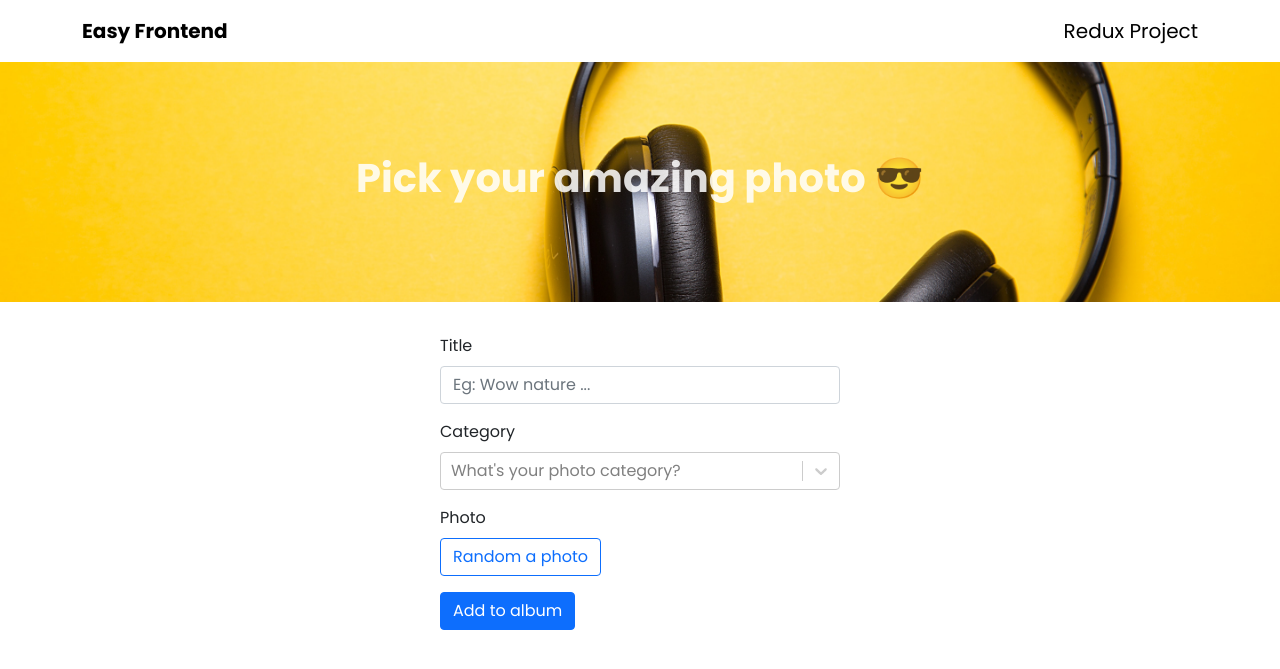
Repository: duckhai80/Redux-photo-app
Page: /photos/add
These files come from the project's save history. The page is drawn as it stood at one moment and after a run of saves; the edit follows.
The browser window is 1280 px wide. The pictures show the whole page.
The project was rebuilt for these pictures with package versions that can differ from the ones it lists, and the page was loaded fresh each time. Also part of the build but not shown: src/App.css, src/components/NotFound/index.jsx.

Above is the page before, as saved 2021-10-30 09:26:40.

### public/index.html
<!DOCTYPE html>
<html lang="en">
  <head>
    <meta charset="utf-8" />
    <link rel="icon" href="%PUBLIC_URL%/favicon.ico" />
    <meta name="viewport" content="width=device-width, initial-scale=1" />
    <meta name="theme-color" content="#000000" />
    <meta
      name="description"
      content="Web site created using create-react-app"
    />
    <link rel="apple-touch-icon" href="%PUBLIC_URL%/logo192.png" />

    <link rel="manifest" href="%PUBLIC_URL%/manifest.json" />

    <title>React App</title>
    <link
      href="https://fonts.googleapis.com/css2?family=Poppins:ital,wght@0,400;0,700;1,400;1,700&display=swap"
      rel="stylesheet"
    />
  </head>
  <body>
    <noscript>You need to enable JavaScript to run this app.</noscript>
    <div id="root"></div>
  </body>
</html>

### src/index.js
import "bootstrap/dist/css/bootstrap.min.css";
import React from "react";
import ReactDOM from "react-dom";
import App from "./App";
import "./index.css";
import reportWebVitals from "./reportWebVitals";

ReactDOM.render(
  <React.StrictMode>
    <App />
  </React.StrictMode>,
  document.getElementById("root")
);

reportWebVitals();

### src/App.js
import logo from "./logo.svg";
import "./App.css";

import React, { Suspense } from "react";
import { BrowserRouter, Route, Switch, Redirect, Link } from "react-router-dom";
import Header from "./components/Header";
import NotFound from "./components/NotFound";

const Photo = React.lazy(() => import("./features/Photo/pages/Main"));
const AddEdit = React.lazy(() => import("./features/Photo/pages/AddEdit"));

function App() {
  return (
    <div className="photo-app">
      <Suspense fallback={<div>Loading ...</div>}>
        <BrowserRouter>
          <Header></Header>

          <Switch>
            <Redirect exact from="/" to="/photos" />

            <Route exact path="/photos" component={Photo} />
            <Route exact path="/photos/add" component={AddEdit} />
            <Route component={NotFound} />
          </Switch>

          {/* <ul>
            <li>
              <Link to="/photos">Go to photo page</Link>
            </li>
            <li>
              <Link to="/photos/add">Go to Add new photo page</Link>
            </li>
            <li>
              <Link to="/photos/123">Go to Edit photo page</Link>
            </li>
          </ul>
          <Header />
          <Switch>
            <Redirect exact from="/" to="/photos" />
          </Switch> */}
        </BrowserRouter>
      </Suspense>
    </div>
  );
}

export default App;

### src/index.css
body {
  margin: 0;
  font-family: "Poppins", -apple-system, BlinkMacSystemFont, "Segoe UI",
    "Roboto", "Oxygen", "Ubuntu", "Cantarell", "Fira Sans", "Droid Sans",
    "Helvetica Neue", sans-serif;
  -webkit-font-smoothing: antialiased;
  -moz-osx-font-smoothing: grayscale;
}

code {
  font-family: source-code-pro, Menlo, Monaco, Consolas, "Courier New",
    monospace;
}

### src/components/Header/index.jsx
import React from "react";
import { NavLink } from "react-router-dom";
import { Col, Container, Row } from "reactstrap";
import "./Header.scss";

Header.propTypes = {};

function Header() {
  return (
    <div>
      <header className="header">
        <Container>
          <Row className="justify-content-between">
            <Col xs="auto">
              <a
                className="header__link header__title"
                href="https://youtube.com/easyfrontend"
                target="_blank"
                rel="noopener noreferrer"
              >
                Easy Frontend
              </a>
            </Col>

            <Col xs="auto">
              <NavLink
                exact
                className="header__link"
                to="/photos"
                activeClassName="header__link--active"
              >
                Redux Project
              </NavLink>
            </Col>
          </Row>
        </Container>
      </header>
    </div>
  );
}

export default Header;

### src/features/Photo/pages/AddEdit/index.jsx
import Banner from "components/Banner";
import NotFound from "components/NotFound";
import PhotoForm from "features/Photo/components/PhotoForm";
import React from "react";
import { Redirect, Route, Switch } from "react-router";
import "./styles.scss";

AddEditPage.propTypes = {};

function AddEditPage(props) {
  const handleSubmit = (values) => {
    console.log("From submit values: ", values);
  };

  return (
    <div className="photo-edit">
      <Banner title="Pick your amazing photo 😎" />

      <div className="photo-edit__form">
        <PhotoForm onSubmit={handleSubmit} />
      </div>
    </div>
  );
}

export default AddEditPage;

### src/components/Header/Header.scss
.header {
  padding: 1rem 0;
  font-size: 1.25rem;

  &__title {
    font-weight: bold;
  }

  &__link {
    color: #000;
    text-decoration: none;
    transition: all 0.25s ease-in-out 0s;

    &--active,
    &:hover {
      text-decoration: none;
      // color: var(--primary);
      color: rgb(56, 144, 216);
    }
  }
}

### src/components/Banner/index.jsx
import PropTypes from "prop-types";
import React from "react";
import "./Banner.scss";

Banner.propTypes = {
  title: PropTypes.string,
  backgroundUrl: PropTypes.string,
};

Banner.defaultProps = {
  title: "",
  backgroundUrl: "",
};

function Banner(props) {
  const { title, backgroundUrl } = props;

  const bannerStyle = backgroundUrl
    ? { backgroundImage: `url(${backgroundUrl})` }
    : {};

  return (
    <section className="banner" style={bannerStyle}>
      <h1 className="banner__title">{title}</h1>
    </section>
  );
}

export default Banner;

### src/constants/images.js
import blueBackground from "../assets/images/blue-bg.jpg";
import colorfulBackground from "../assets/images/colorful-bg.jpg";
import orangeBackground from "../assets/images/orange-bg.jpg";
import pinkBackground from "../assets/images/pink-bg.jpg";

const Images = {
  ORANGE_BG: orangeBackground,
  BLUE_BG: blueBackground,
  COLORFUL_BG: colorfulBackground,
  PINK_BG: pinkBackground,
};

export default Images;

### src/features/Photo/components/PhotoForm/index.jsx
import { PHOTO_CATEGORY_OPTIONS } from "constants/global";
import Images from "constants/images";
import InputField from "custom-field/InputField";
import SelectField from "custom-field/SelectField";
import RandomPhotoField from "custom-field/RandomPhotoField";
import { FastField, Form, Formik } from "formik";
import PropTypes from "prop-types";
import React from "react";
import { Button, FormGroup, Label } from "reactstrap";
import * as Yup from "yup";

PhotoForm.propTypes = {
  onSubmit: PropTypes.func,
};

PhotoForm.defaultProps = {
  onSubmit: null,
};

function PhotoForm(props) {
  const initialValues = {
    title: "",
    categoryId: null,
    photo: "",
  };

  const validationSchema = Yup.object().shape({
    title: Yup.string().required("This field is required."),
    categoryId: Yup.number().required("This field is required.").nullable(),
    photo: Yup.string().when("categoryId", {
      is: 1,
      then: Yup.string().required("This field is required."),
      otherwise: Yup.string().notRequired(),
    }),
  });

  return (
    <Formik
      initialValues={initialValues}
      validationSchema={validationSchema}
      onSubmit={props.onSubmit}
    >
      {(formikProps) => {
        const { values, errors, touched } = formikProps;
        console.log({ values, errors, touched });

        return (
          <Form>
            <FastField
              name="title"
              component={InputField}
              label="Title"
              placeholder="Eg: Wow nature ..."
            />

            <FastField
              name="categoryId"
              component={SelectField}
              label="Category"
              placeholder="What's your photo category?"
              options={PHOTO_CATEGORY_OPTIONS}
            />

            <FastField
              name="photo"
              component={RandomPhotoField}
              label="Photo"
              // imageUrl={Images.COLORFUL_BG}
            ></FastField>

            {/* <FormGroup>
              <Label for="categoryId">Photo</Label>
              <div>
                <Button type="button" outline color="primary">
                  Random a photo
                </Button>
              </div>
              <div>
                <img
                  width="200px"
                  height="200px"
                  src={Images.COLORFUL_BG}
                  alt="colorful background"
                />
              </div>
            </FormGroup> */}

            <FormGroup>
              <Button type="submit" color="primary">
                Add to album
              </Button>
            </FormGroup>
          </Form>
        );
      }}
    </Formik>
  );
}

export default PhotoForm;

### src/features/Photo/pages/AddEdit/styles.scss
.photo-edit {
  &__form {
    margin: 2rem auto 1rem auto;
    max-width: 25rem;
  }
}

### src/components/Banner/Banner.scss
.banner {
  display: flex;
  flex-flow: row wrap;
  justify-content: center;
  align-items: center;
  height: 15rem;

  background-image: url(../../assets/images/orange-bg.jpg);
  background-position: center;
  background-size: cover;

  &__title {
    color: rgba(255, 255, 255, 0.85);
    font-weight: bold;
  }
}

### src/constants/global.js
export const PHOTO_CATEGORY_OPTIONS = [
  { value: 1, label: "Technology" },
  { value: 2, label: "Education" },
  { value: 3, label: "Nature" },
  { value: 4, label: "Animals" },
  { value: 5, label: "Styles" },
];

### src/custom-field/InputField/index.jsx
import React from "react";
import PropTypes from "prop-types";
import { FormGroup, Input, Label, FormFeedback } from "reactstrap";
import { ErrorMessage } from "formik";

InputField.propTypes = {
  field: PropTypes.object.isRequired,
  form: PropTypes.object.isRequired,
  type: PropTypes.string,
  label: PropTypes.string,
  placeholder: PropTypes.string,
  disabled: PropTypes.bool,
};

InputField.defaultProps = {
  type: "text",
  label: "",
  placeholder: "",
  disabled: false,
};

function InputField(props) {
  const { field, form, type, label, placeholder, disabled } = props;
  const { name, value, onChange, onBlur } = field;
  const { errors, touched } = form;
  const showError = errors[name] && touched[name];

  return (
    <FormGroup>
      {label && <Label for={name}>{label}</Label>}
      <Input
        id={name}
        {...field}
        placeholder={placeholder}
        name={name}
        type={type}
        disabled={disabled}
        invalid={showError}
      />
      {showError && <FormFeedback>{errors[name]}</FormFeedback>}
      <ErrorMessage name={name} component={FormFeedback}></ErrorMessage>
    </FormGroup>
  );
}

export default InputField;

### src/custom-field/SelectField/index.jsx
import { ErrorMessage } from "formik";
import PropTypes from "prop-types";
import React from "react";
import Select from "react-select";
import { FormFeedback, FormGroup, Label } from "reactstrap";

SelectField.propTypes = {
  field: PropTypes.object.isRequired,
  form: PropTypes.object.isRequired,
  label: PropTypes.string,
  placeholder: PropTypes.string,
  options: PropTypes.array,
  disabled: PropTypes.bool,
};

SelectField.defaultProps = {
  label: "",
  placeholder: "",
  options: [],
  disabled: false,
};

function SelectField(props) {
  const { field, form, label, placeholder, options, disabled } = props;
  const { name, value } = field;
  const { errors, touched } = form;
  const showErrors = errors[name] && touched[name];

  const selectedOption = options.find((option) => option.value === value);

  const handleSelectedOptionChange = (selectedOption) => {
    const selectedValue = selectedOption
      ? selectedOption.value
      : selectedOption;

    const changeEvent = {
      target: {
        name: name,
        value: selectedValue,
      },
    };
    field.onChange(changeEvent);
  };

  return (
    <FormGroup>
      {label && <Label for="categoryId">{label}</Label>}
      <Select
        id={name}
        {...field}
        onChange={handleSelectedOptionChange}
        value={selectedOption}
        placeholder={placeholder}
        options={options}
        className={showErrors ? "is-invalid" : ""}
      />
      <ErrorMessage name={name} component={FormFeedback}></ErrorMessage>
    </FormGroup>
  );
}

export default SelectField;

### src/custom-field/RandomPhotoField/index.jsx
import RandomPhoto from "components/RandomPhoto";
import { ErrorMessage } from "formik";
import PropTypes from "prop-types";
import React from "react";
import { FormFeedback, FormGroup, Label } from "reactstrap";

RandomPhotoField.propTypes = {
  field: PropTypes.object.isRequired,
  form: PropTypes.object.isRequired,
  label: PropTypes.string,
  // imageUrl: PropTypes.string,
};

RandomPhotoField.defaultProps = {
  label: "",
  // imageUrl: "",
};

function RandomPhotoField(props) {
  const { field, form, label, imageUrl } = props;
  const { name, value, onChange, onBlur } = field;
  const { errors, touched } = form;
  const showErrors = errors[name] && touched[name];

  const handleImageChange = (newImageUrl) => {
    form.setFieldValue(name, newImageUrl);
  };

  return (
    <FormGroup>
      {label && <Label for={name}>{label}</Label>}
      <RandomPhoto
        name={name}
        imageUrl={value}
        onImageUrlChange={handleImageChange}
        onRandomButtonBlur={onBlur}
      ></RandomPhoto>
      <div className={showErrors ? "is-invalid" : ""}></div>
      <ErrorMessage name={name} component={FormFeedback}></ErrorMessage>
    </FormGroup>
  );
}

export default RandomPhotoField;

### src/components/RandomPhoto/index.jsx
import PropTypes from "prop-types";
import React from "react";
import { Button } from "reactstrap";

RandomPhoto.propTypes = {
  name: PropTypes.string,
  imageUrl: PropTypes.string,
  onImageUrlChange: PropTypes.func,
  onRandomButtonBlur: PropTypes.func,
};

RandomPhoto.defaultProps = {
  name: "",
  imageUrl: "",
  onImageUrlChange: null,
  onRandomButtonBlur: null,
};

const getRandomImageUrl = () => {
  const randomId = Math.trunc(Math.random() * 2000);
  return `https://picsum.photos/id/${randomId}/300/200`;
};

function RandomPhoto(props) {
  const { name, imageUrl, onImageUrlChange, onRandomButtonBlur } = props;

  const handleRandomPhotoClick = async () => {
    if (onImageUrlChange) {
      const randomImageUrl = getRandomImageUrl();
      onImageUrlChange(randomImageUrl);
    }
  };

  return (
    <div className="random-photo">
      <div className="random-photo__button">
        <Button
          outline
          name={name}
          color="primary"
          onClick={handleRandomPhotoClick}
          onBlur={onRandomButtonBlur}
        >
          Random a photo
        </Button>
      </div>
      <div className="random-photo__photo custom">
        {imageUrl && (
          <img
            src={imageUrl}
            alt="Ooops ... not found. Please click random again."
          />
        )}
      </div>
    </div>
  );
}

export default RandomPhoto;

Loaded but not shown: src/reportWebVitals.js (common file)

After the next 3 saves:
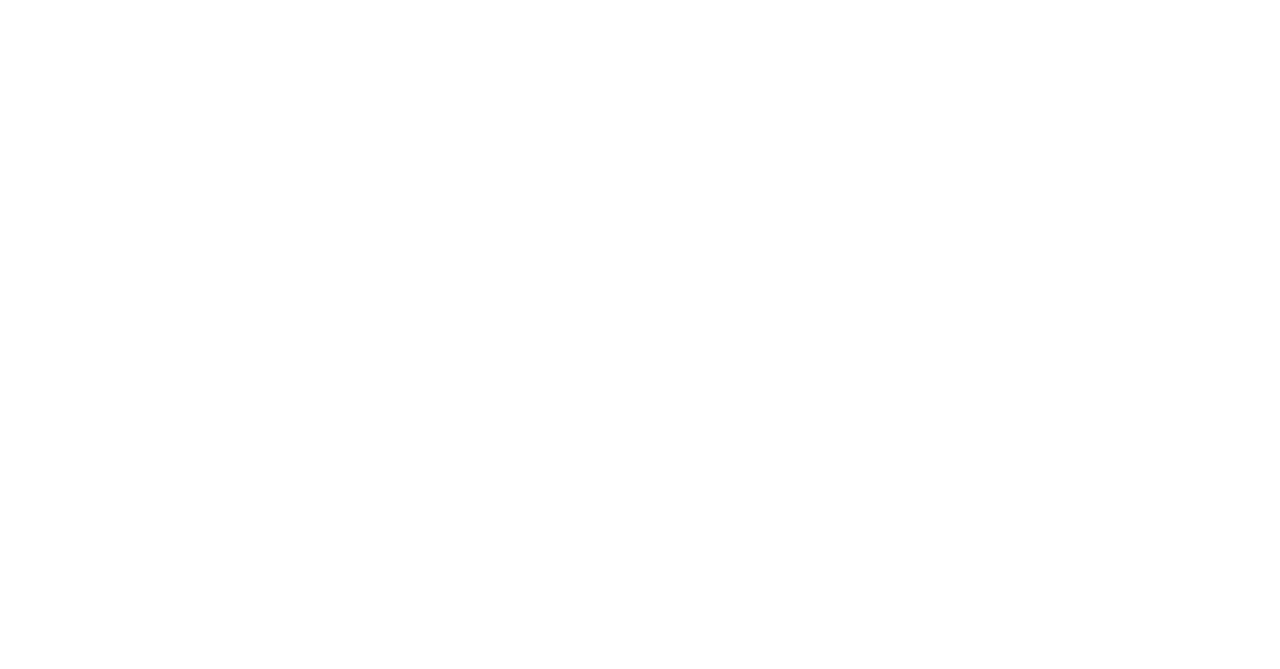
The 3 saves are shown as one change because 2 did not build or start.
The last was saved 3 min 40 s later.
--- a/src/index.js
+++ b/src/index.js
@@ -1,14 +1,13 @@
 import "bootstrap/dist/css/bootstrap.min.css";
 import React from "react";
 import ReactDOM from "react-dom";
+import { Provider } from "react-redux";
 import App from "./App";
 import "./index.css";
 import reportWebVitals from "./reportWebVitals";
 
 ReactDOM.render(
-  <React.StrictMode>
-    <App />
-  </React.StrictMode>,
+  <React.StrictMode></React.StrictMode>,
   document.getElementById("root")
 );
 

After the save that followed:
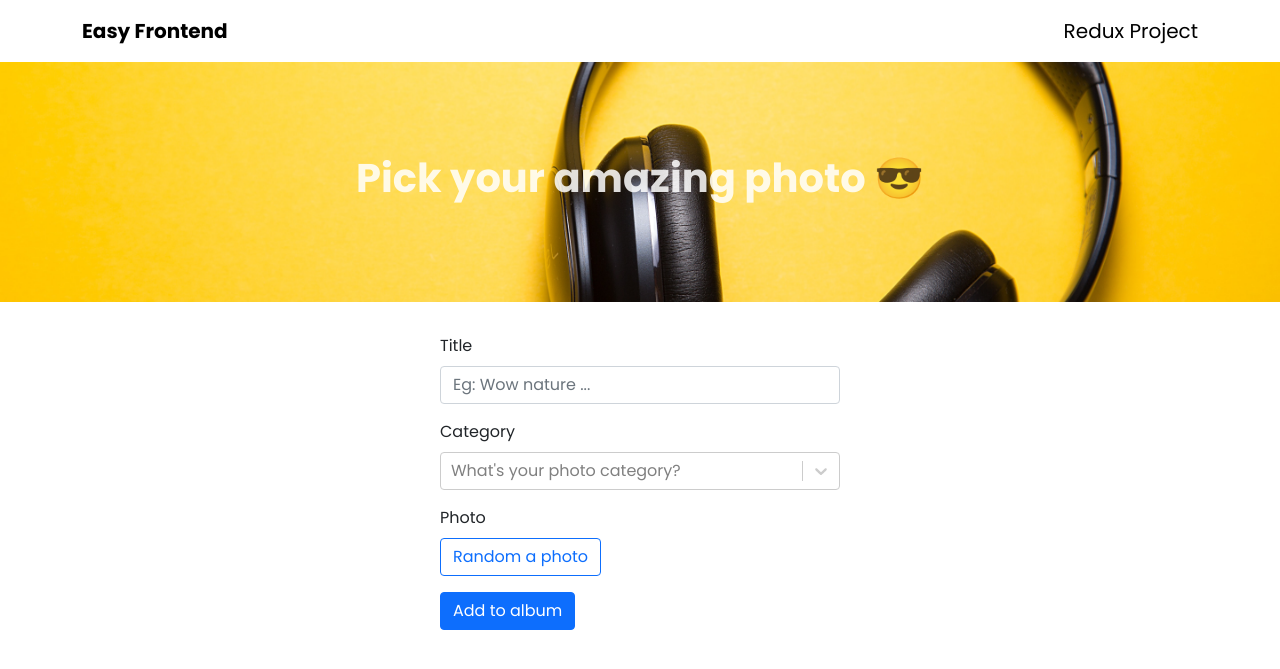
Saved 8 s later.
--- a/src/index.js
+++ b/src/index.js
@@ -7,7 +7,9 @@
 import reportWebVitals from "./reportWebVitals";
 
 ReactDOM.render(
-  <React.StrictMode></React.StrictMode>,
+  <React.StrictMode>
+    <App />
+  </React.StrictMode>,
   document.getElementById("root")
 );
 
